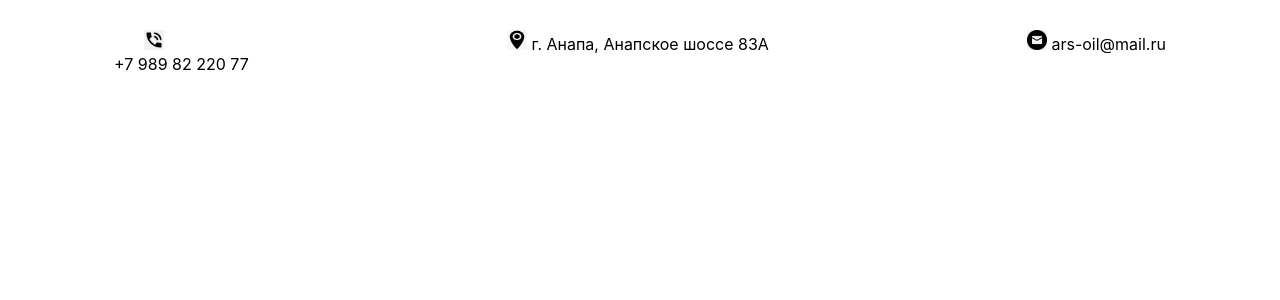
Repository: Vahe4836/new-project--Vahe
Page: /
These files come from the project's save history. The page is drawn as it stood at one moment and after the next save; the edit follows.
The browser window is 1280 px wide. The pictures show the whole page.
The project was rebuilt for these pictures with package versions that can differ from the ones it lists, and the page was loaded fresh each time.

Above is the page before, as saved 2022-02-25 14:10:41.

### public/index.html
<!DOCTYPE html>
<html lang="en">
  <head>
    <meta charset="utf-8" />
    <link rel="icon" href="%PUBLIC_URL%/favicon.ico" />
    <meta name="viewport" content="width=device-width, initial-scale=1" />
    <meta name="theme-color" content="#000000" />
    <meta
      name="description"
      content="Web site created using create-react-app"
    />
    <link rel="apple-touch-icon" href="%PUBLIC_URL%/logo192.png" />
    <!--
      manifest.json provides metadata used when your web app is installed on a
      user's mobile device or desktop. See https://developers.google.com/web/fundamentals/web-app-manifest/
    -->
    <link rel="manifest" href="%PUBLIC_URL%/manifest.json" />
    <!--
      Notice the use of %PUBLIC_URL% in the tags above.
      It will be replaced with the URL of the `public` folder during the build.
      Only files inside the `public` folder can be referenced from the HTML.

      Unlike "/favicon.ico" or "favicon.ico", "%PUBLIC_URL%/favicon.ico" will
      work correctly both with client-side routing and a non-root public URL.
      Learn how to configure a non-root public URL by running `npm run build`.
    -->
    <title>Золотая колесница</title>
  </head>
  <body>
    <noscript>You need to enable JavaScript to run this app.</noscript>
    <div id="root"></div>
    <!--
      This HTML file is a template.
      If you open it directly in the browser, you will see an empty page.

      You can add webfonts, meta tags, or analytics to this file.
      The build step will place the bundled scripts into the <body> tag.

      To begin the development, run `npm start` or `yarn start`.
      To create a production bundle, use `npm run build` or `yarn build`.
    -->
  </body>
</html>

### src/App.js
import React from 'react';
import './App.css';
import Header from './Layouts/Header/Header';

function App() {
  return (
    <Header />
  )

}

export default App;

### src/Layouts/Header/Header.jsx
import React from "react";
import style from "./Header.module.scss";
import geo from "../../Images/Geo.png";
import mail from "../../Images/mail.jpg";
import tel from "../../Images/Tel.png";

export default function Header() {
  return (
    <div className={style.adressbox}>
      <ul>
        <li>
          {" "}
          <img src={tel} width ={20} height = {20} alt="" /> <p>+7 989 82 220 77</p>{" "}
        </li>
        <li>
          {" "}
          <img src={geo} width ={20} height = {20} alt="" /> г. Анапа, Анапское шоссе 83А{" "}
        </li>
        <li>
          {" "}
          <img src={mail} width ={20} height = {20} alt="" /> ars-oil@mail.ru{" "}
        </li>
      </ul>
    </div>
  );
}

### src/Layouts/Header/Header.module.scss
.adressbox{
    width: 100%;
    height: 70px;


    >ul{
        display: flex;
        justify-content: space-around;
        margin-top: 30px;
        >li{
            list-style: none;
            >img{
                margin-left: 30px;
            }
        }
    }
}

Loaded but not shown: src/index.js (common file); src/index.css (common file); src/reportWebVitals.js (common file); src/App.css (common file)

After the next save:
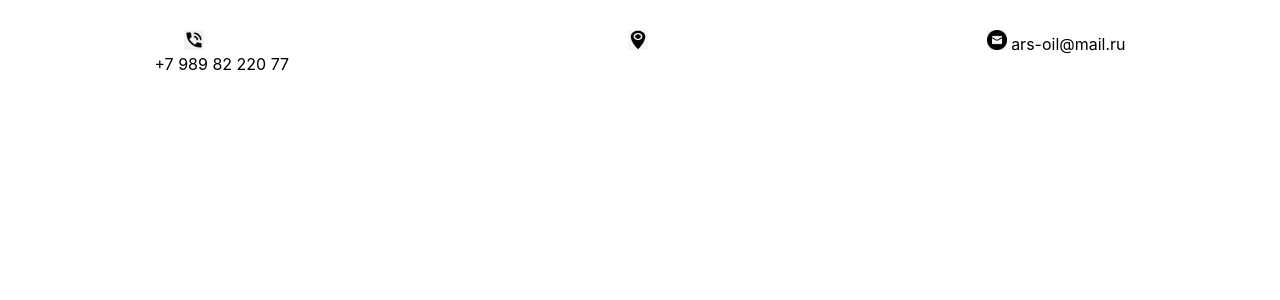
Saved 5 s later.
--- a/src/Layouts/Header/Header.jsx
+++ b/src/Layouts/Header/Header.jsx
@@ -14,7 +14,7 @@
         </li>
         <li>
           {" "}
-          <img src={geo} width ={20} height = {20} alt="" /> г. Анапа, Анапское шоссе 83А{" "}
+          <img src={geo} width ={20} height = {20} alt="" /> <p></p>{" "}
         </li>
         <li>
           {" "}
